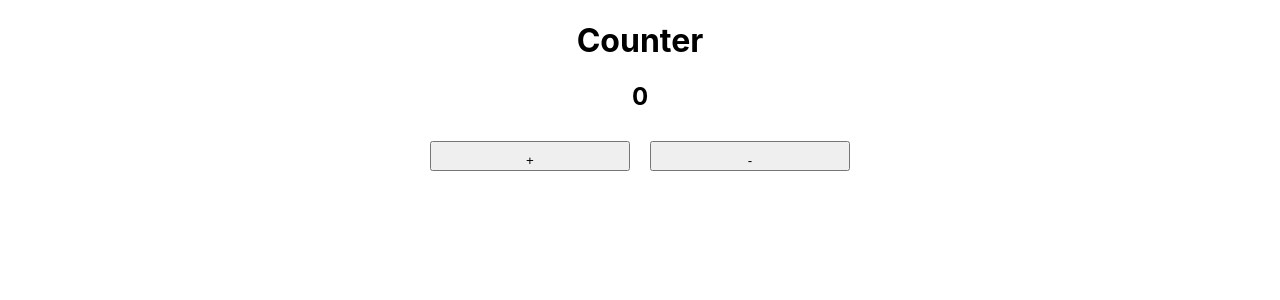
Repository: punitbathija/Placement-Assitance-iNeuron
Page: / (app in React/counterapp/)
An editor plug-in stored every save of this project. The page is shown before and after the next save, followed by the edit.
The browser window is 1280 px wide. The pictures show the whole page.
The project was rebuilt for these pictures with package versions that can differ from the ones it lists, and the page was loaded fresh each time.

Above is the page before, as saved 2023-06-05 15:28:55.

After the next save:
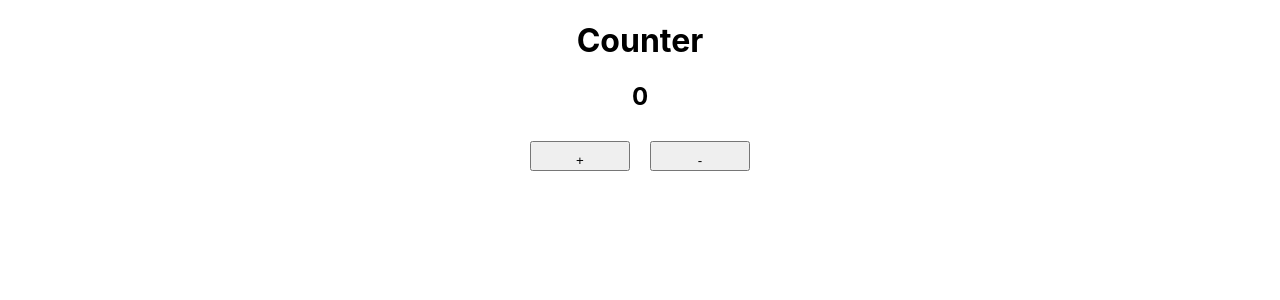
Saved 6 s later.
--- a/React/counterapp/src/Counter.jsx
+++ b/React/counterapp/src/Counter.jsx
@@ -22,7 +22,7 @@ const Counter = () => {
           padding: "10px",
           margin: "10px",
           height: "30px",
-          width: "200px",
+          width: "100px",
         }}
       >
         +
@@ -33,7 +33,7 @@ const Counter = () => {
           padding: "10px",
           margin: "10px",
           height: "30px",
-          width: "200px",
+          width: "100px",
         }}
       >
         -
